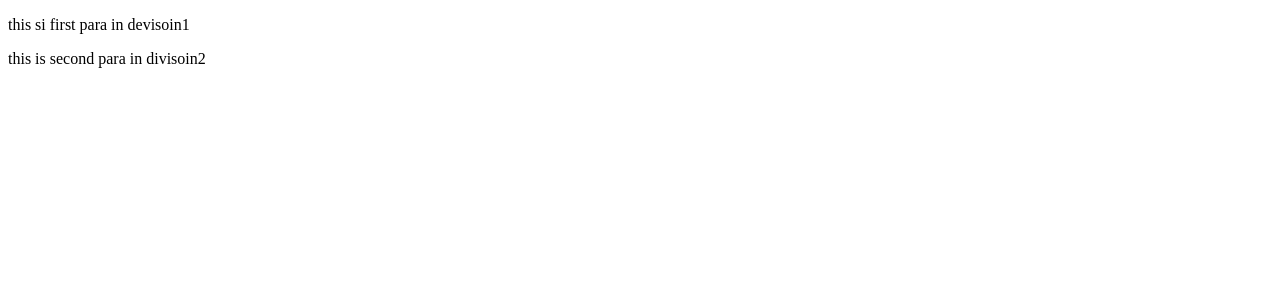
Repository: viveknaidu007/repo-115-JavaScript
Page: 22.html
These files come from the project's save history. The page is drawn as it stood at one moment and after the next save; the edit follows.
The browser window is 1280 px wide. The pictures show the whole page.

Above is the page before, as saved 2024-06-24 16:16:43.

After the next save:
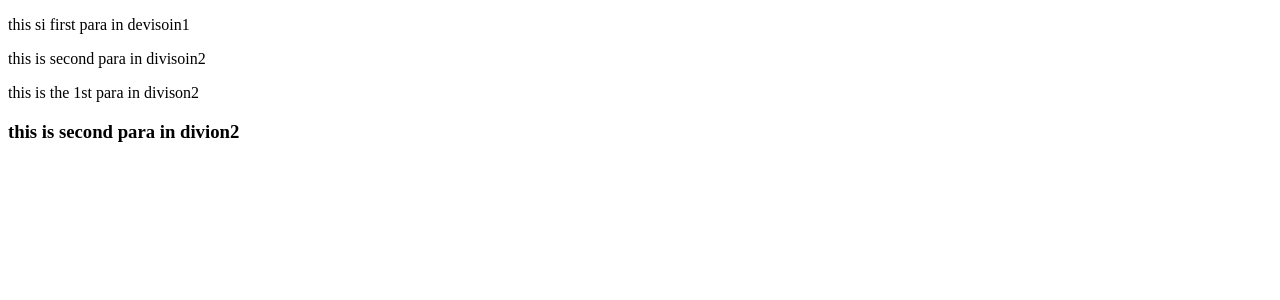
Console error: ReferenceError: docuemnt is not defined
Saved 5 min 29 s later.
--- a/22.html
+++ b/22.html
@@ -13,15 +13,21 @@
             <p> this is second para in divisoin2</p>
         </div>
 
-        <div id="last">
-            <p> this is the 1st para in divison2</p>
-            <h3> this is second para in divion2</h3>
+        <div id="second">
+            <p id="first"> this is the 1st para in divison2</p>
+            <h3 id="last"> this is second para in divion2</h3>
         </div>
     </body>
 
     <script>
-        var last = document.getElementById("last")
-        last.remove()
+        var n = document.createElement('p')
+        n.innerText = "this is speacial paragrpah in divisoin"
+
+        var parent = docuemnt.getElementById("parent")
+        var last = document.getElementById("first")
+        console.log(last)
+
+        parent.removeChild(last)
     </script>
 
 </html>
